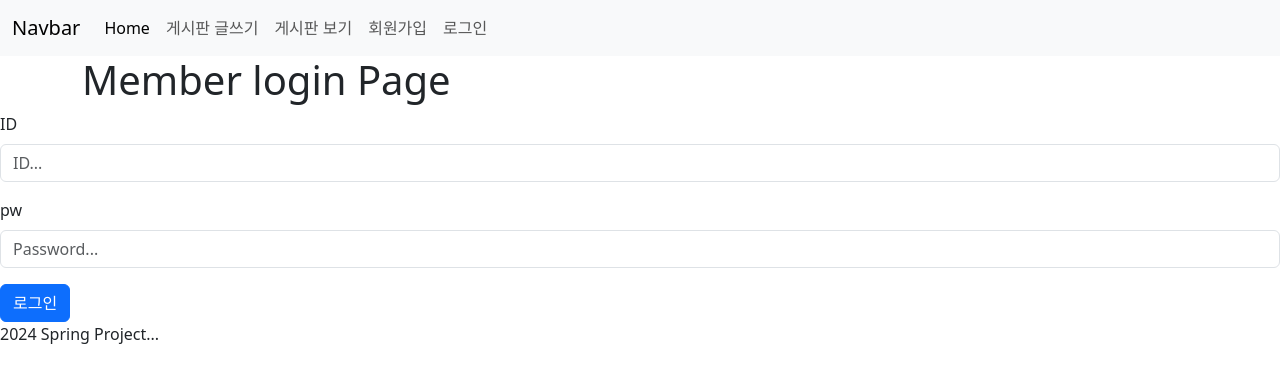
Repository: leegangjin/springTest240430
Page: http://localhost/spring_study/WEB-INF/views/member/login.jsp
The author's editor kept a copy of each file at every save. The page is drawn from the files as they stood at one save, then again after the next save.
The browser window is 1280 px wide. The pictures show the whole page.
The page is served by Tomcat 9. Nobody is signed in. The template is opened directly, without the code that normally fills it, so the values that code supplies are empty.

Above is the page before, as saved 2024-04-28 13:56:04.

After the next save:
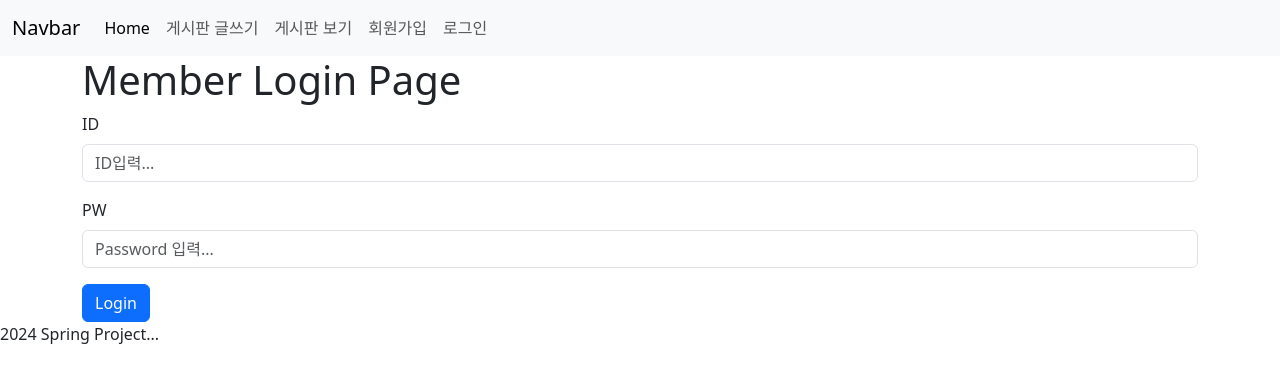
Saved 11 s later.
--- a/spring_study/src/main/webapp/WEB-INF/views/member/login.jsp
+++ b/spring_study/src/main/webapp/WEB-INF/views/member/login.jsp
@@ -1,21 +1,23 @@
 <%@ page language="java" contentType="text/html; charset=UTF-8"
-    pageEncoding="UTF-8"%>
+	pageEncoding="UTF-8"%>
+
 <jsp:include page="../layout/header.jsp" />
 
 <div class="container-md">
-	<h1>Member login Page</h1>
-	</div>
+	<h1>Member Login Page</h1>
+
 	<form action="/member/login" method="post">
+
 		<div class="mb-3">
-			<label for="i" class="form-label">ID</label> <input
-				type="text" class="form-control" name="id" id="i"
-				placeholder="ID...">
+			<label for="i" class="form-label">ID</label> <input type="text"
+				class="form-control" id="i" placeholder="ID입력..." name="id">
 		</div>
 		<div class="mb-3">
-			<label for="p" class="form-label">pw</label>
-			<input type="password" class="form-control" name="pw" id="p"
-				placeholder="Password...">
+			<label for="p" class="form-label">PW</label> <input type="password"
+				class="form-control" id="p" placeholder="Password 입력..." name="pw">
 		</div>
-		<button type="submit" class="btn btn-primary">로그인</button>
-		</form>
-		<jsp:include page="../layout/footer.jsp" />
+		<button type="submit" class="btn btn-primary">Login</button>
+	</form>
+</div>
+
+<jsp:include page="../layout/footer.jsp" />
